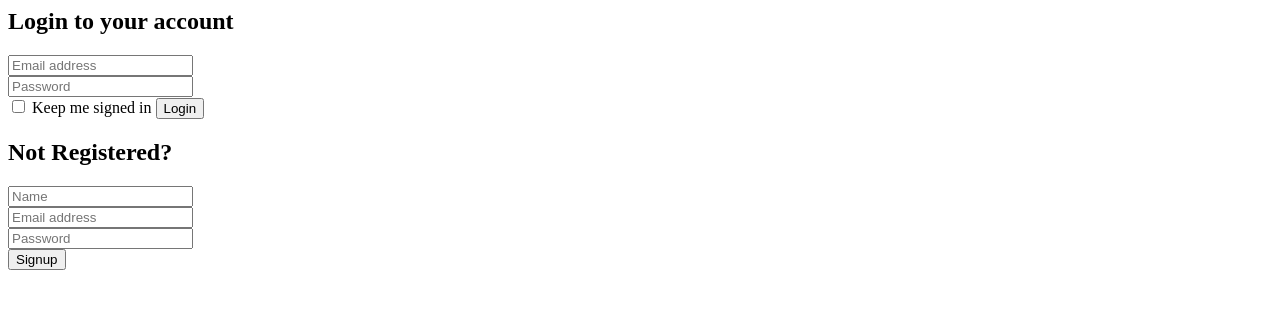
Repository: PaulLabat/RenTech
Page: http://localhost/RenTech/views/login.jsp
An editor plug-in stored every save of this project. The page is shown before and after the next save, followed by the edit.
The browser window is 1280 px wide. The pictures show the whole page.
The page is served by Tomcat 9.

Above is the page before, as saved 2014-10-29 09:52:52.

After the next save:
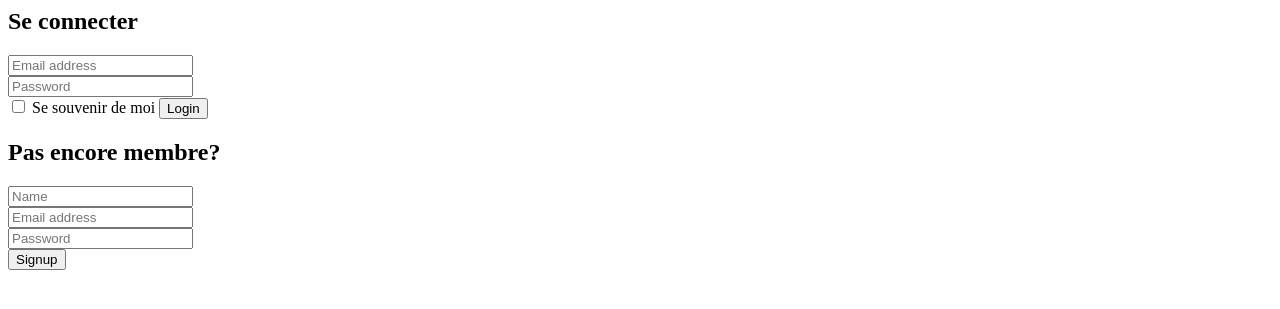
Saved 66 s later.
--- a/RenTech/WebContent/views/login.jsp
+++ b/RenTech/WebContent/views/login.jsp
@@ -3,7 +3,7 @@
 			<div class="row">
 				<div class="col-sm-4 col-sm-offset-1">
 					<div class="login-form"><!--login form-->
-						<h2>Login to your account</h2>
+						<h2>Se connecter</h2>
 						<form action="#">
 							<div class="input-group margin-bottom-sm">
 							  <span class="input-group-addon"><i class="fa fa-envelope-o fa-fw"></i></span>
@@ -16,7 +16,7 @@
 
 							<span>
 								<input type="checkbox" class="checkbox">
-								Keep me signed in
+								Se souvenir de moi
 							</span>
 							<button type="submit" class="btn btn-default">Login</button>
 						</form>
@@ -25,7 +25,7 @@
 
 				<div class="col-sm-4">
 					<div class="signup-form"><!--sign up form-->
-						<h2>Not Registered?</h2>
+						<h2>Pas encore membre?</h2>
 						<form action="#">
 							<div class="input-group margin-bottom-sm">
 							  <span class="input-group-addon"><i class="fa fa-user"></i></span>
